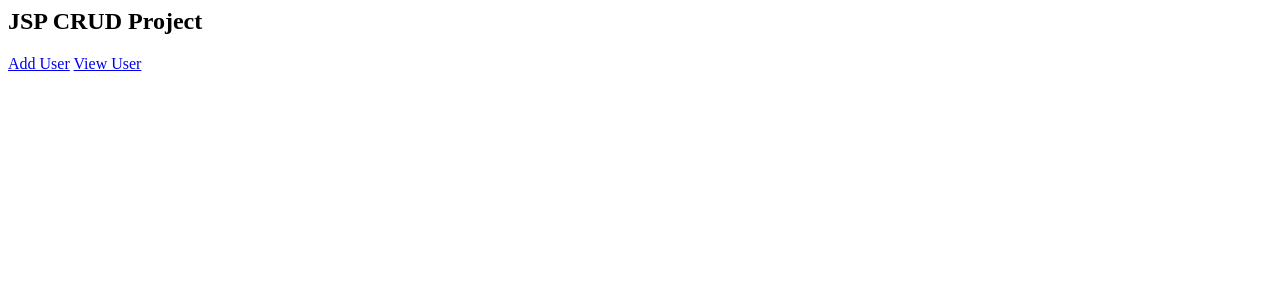
Repository: Ramakrishnmagadum/Servlet
Page: http://localhost/JSP_CRUD_Project/
These files come from the project's save history. The page is drawn as it stood at one moment and after the next save; the edit follows.
The browser window is 1280 px wide. The pictures show the whole page.
The page is served by Tomcat 9. Other server files are loaded and not shown.

Above is the page before, as saved 2025-02-28 01:30:19.

### JSP_CRUD_Project/src/main/webapp/index.jsp
<html>
<body>
<h2>JSP CRUD Project</h2>
<a  href="adduser.jsp"> Add User</a>
<a  href="viewuser.jsp"> View User</a>

</body>
</html>

After the next save:
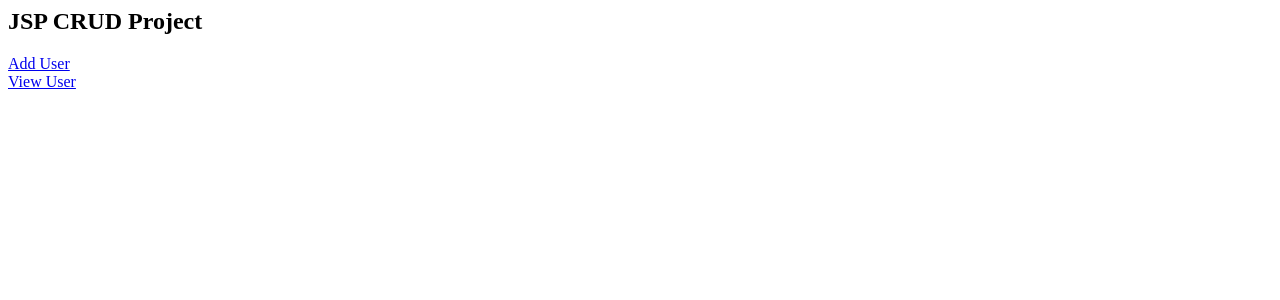
Saved 13 s later.
--- a/JSP_CRUD_Project/src/main/webapp/index.jsp
+++ b/JSP_CRUD_Project/src/main/webapp/index.jsp
@@ -1,8 +1,7 @@
 <html>
 <body>
 <h2>JSP CRUD Project</h2>
-<a  href="adduser.jsp"> Add User</a>
+<a  href="adduser.jsp"> Add User</a><br>
 <a  href="viewuser.jsp"> View User</a>
-
 </body>
 </html>
